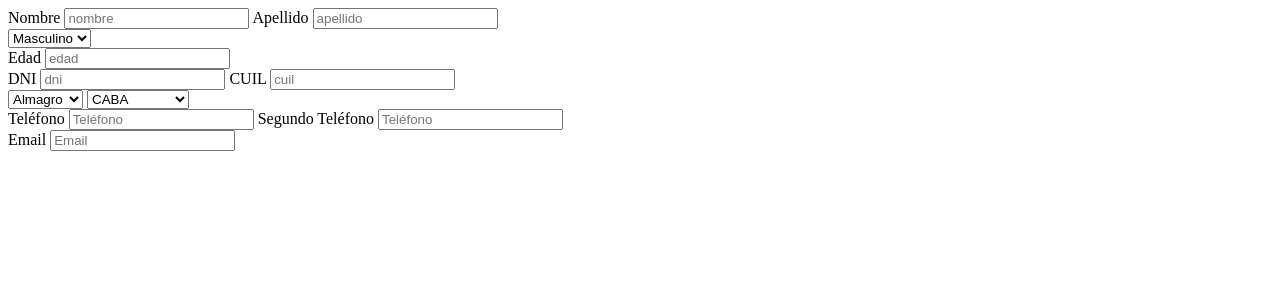
Repository: oskiman18/TP-Final
Page: http://localhost/Tp_integrador_grupo_2/perfil.jsp
The author's editor kept a copy of each file at every save. The page is drawn from the files as they stood at one save, then again after the next save.
The browser window is 1280 px wide. The pictures show the whole page.
The page is served by Tomcat 9.

Above is the page before, as saved 2021-06-23 16:27:09.

### Tp_integrador_grupo_2/src/main/webapp/perfil.jsp
<%@ page language="java" contentType="text/html; charset=ISO-8859-1"
    pageEncoding="ISO-8859-1"%>
<!DOCTYPE html>
<html>
<head>
<meta charset="ISO-8859-1">
<title> Home </title>
</head>

	<body>
		<form>
			<div>
				<label for='nombre'>Nombre</label>
				<input name='nombre' type='text' placeholder='nombre'>

				<label for='apellido'>Apellido</label>
				<input name='apellido' type='text' placeholder='apellido'>
			</div>

			<div>
				<select>
					<option value='1'> Masculino </option>
					<option value='2'> Femenino </option>
					<option value='3'> Otro </option>
				</select>
			</div>

			<div>
				<label for='edad'>Edad</label>
				<input name='edad' type='number' placeholder='edad'>
			</div>

			<div>
				<label for='dni'>DNI</label>
				<input name='dni' type='number' placeholder='dni'>

				<label for='cuil'>CUIL</label>
				<input name='cuil' type='number' placeholder='cuil'>
			</div>

			<div>
				<select>
					<option value='1'>Almagro</option>
					<option value='2'> Atacama </option>
					<option value='3'> Boedo </option>
				</select>
				<select>
					<option value='1'> CABA </option>
					<option value='2'> Buenos Aires </option>
				</select>
			</div>

			<div>
				<label for='tel'>Teléfono</label>
				<input name='tel' type='number' placeholder='Teléfono'>

				<label for='tel2'>Segundo Teléfono</label>
				<input name='tel2' type='number' placeholder='Teléfono'>
			</div>

			<div>
				<label for='email'>Email</label>
				<input name='email' type='number' placeholder='Email'>
			</div>

		</form>
	</body>

</html>

After the next save:
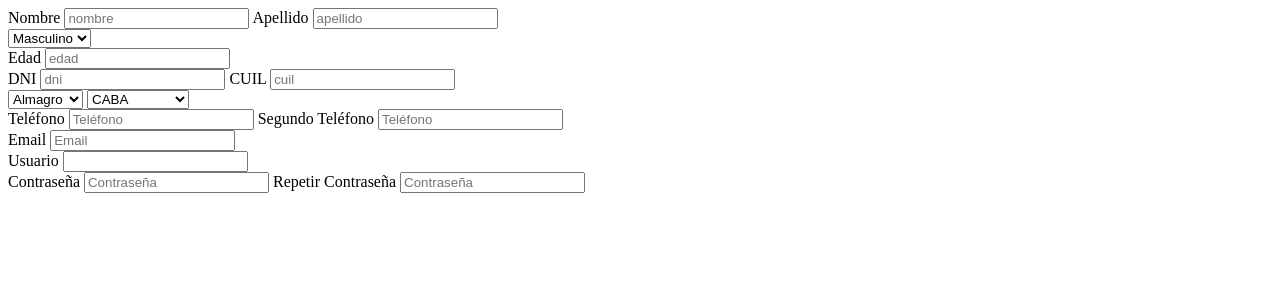
Saved 62 s later.
--- a/Tp_integrador_grupo_2/src/main/webapp/perfil.jsp
+++ b/Tp_integrador_grupo_2/src/main/webapp/perfil.jsp
@@ -63,6 +63,19 @@
 				<input name='email' type='number' placeholder='Email'>
 			</div>
 
+		<div>
+			<label for='usuario'>Usuario</label>
+			<input name='usuario' 'placeholder='usuario'>
+		</div>
+
+		<div>
+			<label for='pass'> Contraseña </label>
+			<input name='pass' type='password' placeholder='Contraseña'>
+
+			<label for='pass2'> Repetir Contraseña </label>
+			<input name='pass2' type='password' placeholder='Contraseña'>
+		</div>
+
 		</form>
 	</body>
 
